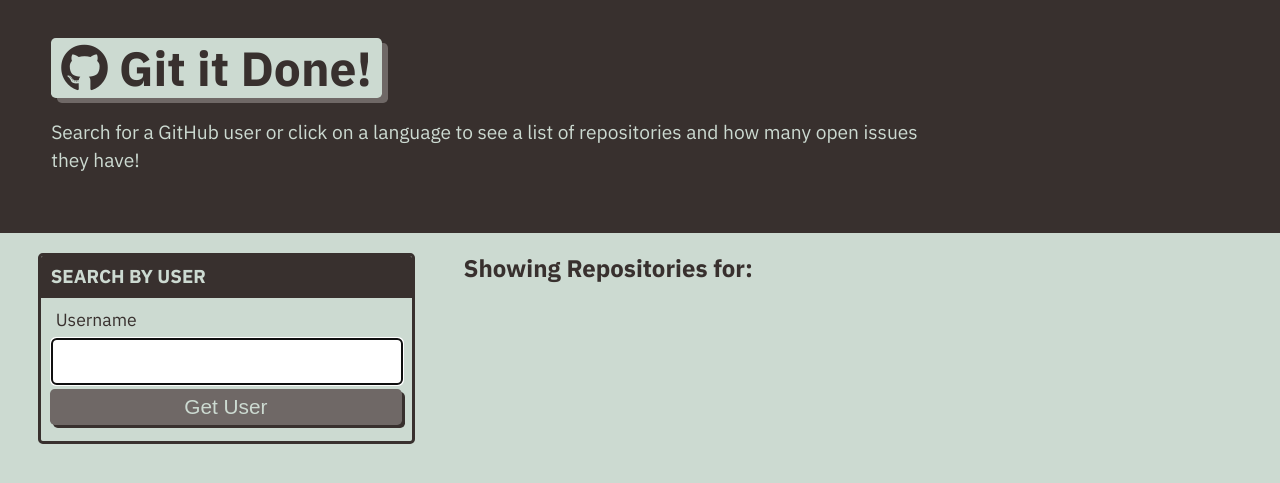
Repository: Brookethorson/git-it-done
Page: index.html
An editor plug-in stored every save of this project. The page is shown before and after a run of saves, followed by the edit.
The browser window is 1280 px wide. The pictures show the whole page.
Some web libraries are served in a nearby version.

Above is the page before, as saved 2021-09-04 17:37:09.

After the next 2 saves:
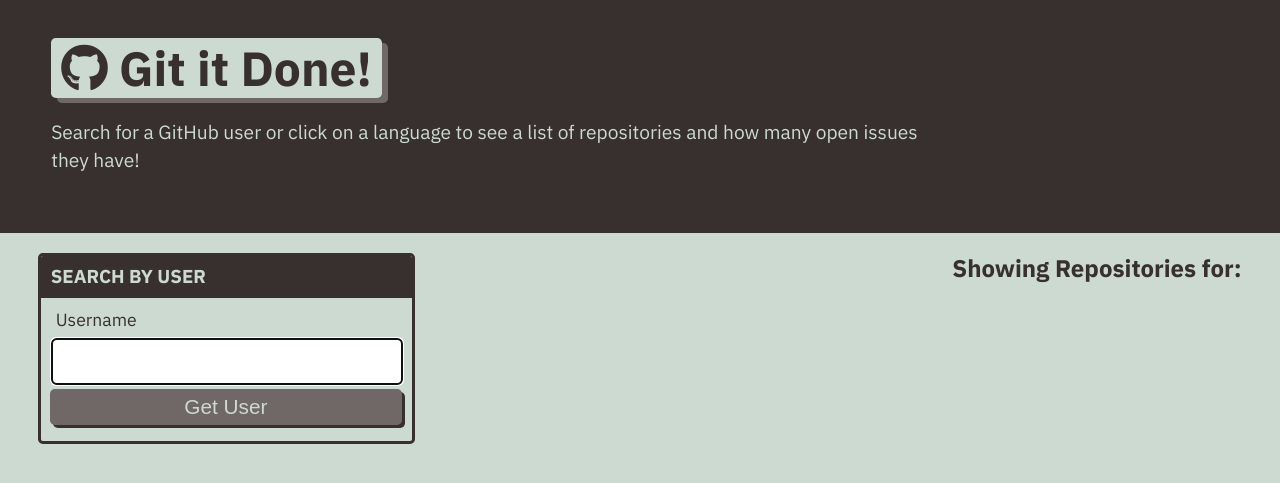
The 2 saves are shown as one change because they came seconds apart.
The last was saved 11 s later.
--- a/index.html
+++ b/index.html
@@ -32,7 +32,7 @@
       </div>
     </div>
 
-
+    <div class=""
 
     <div class="col-12 col-md-8">
       <h2 class="subtitle">Showing Repositories for: <span id="repo-search-term"></span></h2>
